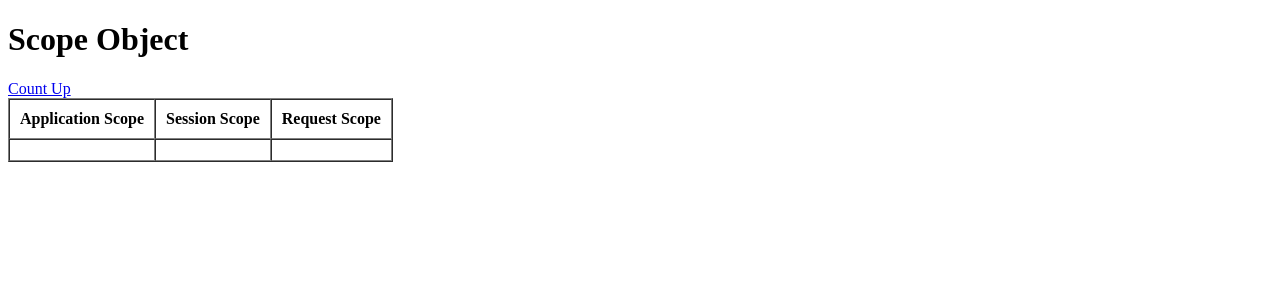
Repository: hnineiphyu-128/JavaEE_Exeercise_Lession
Page: http://localhost/04-jsp-scope/
The author's editor kept a copy of each file at every save. The page is drawn from the files as they stood at one save, then again after the next save.
The browser window is 1280 px wide. The pictures show the whole page.
The page is served by Tomcat 9. Other server files are loaded and not shown.

Above is the page before, as saved 2020-12-16 09:52:28.

### 04-jsp-scope/src/main/webapp/index.jsp
<%@ page language="java" contentType="text/html; charset=ISO-8859-1"
    pageEncoding="ISO-8859-1"%>
<!DOCTYPE html>
<html>
<head>
<meta charset="ISO-8859-1">
<title>Insert title here</title>
</head>
<body>
	<h1> Scope Object </h1>
	<a href="count" style="display: inline-block;"> Count Up </a>
	<table border="1" cellspacing="0" cellpadding="10">
		<thead>
			<tr>
				<th> Application Scope </th>
				<th> Session Scope </th>
				<th> Request Scope </th>
			</tr>
		</thead>
		<tbody>
			<tr>
				<td></td>
				<td></td>
				<td></td>
			</tr>
		</tbody>
	</table>

</body>
</html>

After the next save:
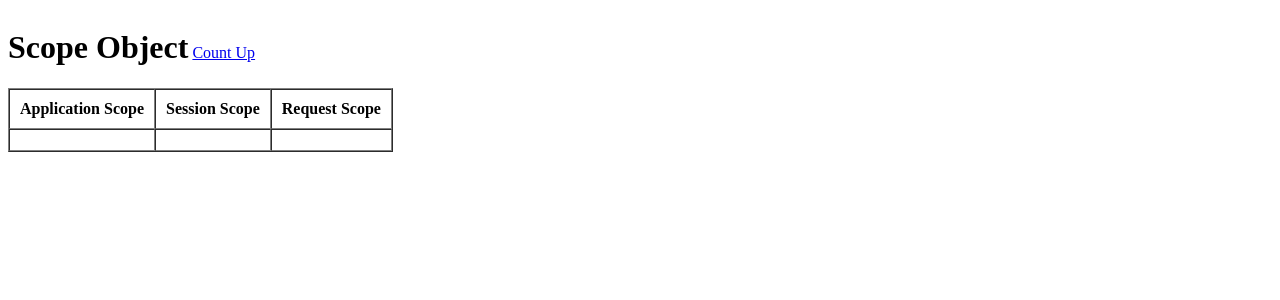
Saved 47 s later.
--- a/04-jsp-scope/src/main/webapp/index.jsp
+++ b/04-jsp-scope/src/main/webapp/index.jsp
@@ -7,8 +7,8 @@
 <title>Insert title here</title>
 </head>
 <body>
-	<h1> Scope Object </h1>
-	<a href="count" style="display: inline-block;"> Count Up </a>
+	<h1 style="display: inline-block;"> Scope Object </h1>
+	<a href="count"> Count Up </a>
 	<table border="1" cellspacing="0" cellpadding="10">
 		<thead>
 			<tr>
